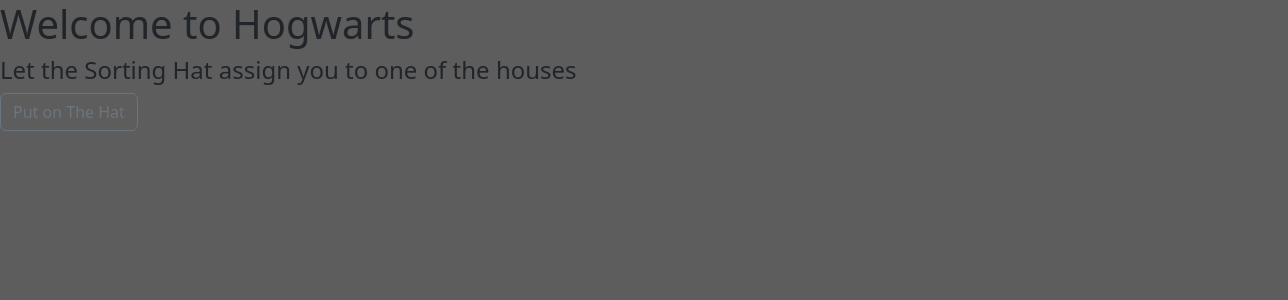
Repository: fernandabenavides618nash/INDIVIDUAL-PROJECT-sorting-hat
Page: index.html
An editor plug-in stored every save of this project. The page is shown before and after the next save, followed by the edit.
The browser window is 1280 px wide. The page is 1280 px wide, then 1288 px, so the pictures cover 1288 px, including what lies to the right of the window. The pictures show the whole page.

Above is the page before, as saved 2023-05-03 14:46:13.
Console error: TypeError: Cannot read properties of null (reading 'addEventListener')

### index.html
<!DOCTYPE html>
<html lang="en">
<head>
  <meta charset="UTF-8">
  <meta http-equiv="X-UA-Compatible" content="IE=edge">
  <meta name="viewport" content="width=device-width, initial-scale=1.0">
  <title>sorting hat</title>
  <link href="https://cdn.jsdelivr.net/npm/bootstrap@5.3.0-alpha3/dist/css/bootstrap.min.css" rel="stylesheet"            integrity="sha384-KK94CHFLLe+nY2dmCWGMq91rCGa5gtU4mk92HdvYe+M/SXH301p5ILy+dN9+nJOZ" crossorigin="anonymous">
  <link rel="stylesheet" href="main.css">
</head>
<body>
  <div class="intro" id="intro-screen"></div>
  <div class="form" id="form-div"></div>
  <div class="students" id="students-div"></div>
  <div class="expelled" id="expelled-div"></div>
  <div class="app" id="app"></div>
  <script src="https://cdn.jsdelivr.net/npm/bootstrap@5.3.0-alpha3/dist/js/bootstrap.bundle.min.js" integrity="sha384-ENjdO4Dr2bkBIFxQpeoTz1HIcje39Wm4jDKdf19U8gI4ddQ3GYNS7NTKfAdVQSZe" crossorigin="anonymous"></script>
  <script src="main.js"></script>
</body>
</html>

### main.css
body{
  background-color:#5d5d5d;
}

.option-buttons-container {
  display: flex;
  flex-wrap: wrap;
  justify-content: center;
  padding: 30px 0;
}

.option-buttons-container label {
  min-width: 120px;
  text-align: center;
  padding: 7px 0;
}

.option-buttons-container select {
  max-width: 461px;
  margin: 0 10px;
}

.column-toggler {
  display: none;
}
.card-containers {
  display: flex;
  flex-wrap: wrap;
}

.card-column {
  width: 50%;
}

.container-heading {
  text-align: center;
}

.card-container {
  display: flex;
  flex-wrap: wrap;
  justify-content: center;
}

.student-card {
  text-align: center;
}
.gryffindor-card {
  background-color: #740001;
  border: 10px solid #ae0001;
  color: #c0c0c0;
}
.gryffindor-card-button {
  background-color: #d3a625;
}

.hufflepuff-card {
  background-color: #ffdb00;
  border: 10px solid #fff4b1;
  color: #000000;
}
.hufflepuff-card-button {
  background-color: #60605c;
  color: #d6d6d6;
}
.ravenclaw-card {
  background-color: #0e1a40;
  border: 10px solid #222f5b;
  color: #c0c0c0;
}
.ravenclaw-card-button {
  background-color: #946b2d;
}

.slytherin-card {
  background-color: #1a472a;
  border: 10px solid #2a623d;
  color: #aaaaaa;
}
.slytherin-card-button {
  background-color: #5d5d5d;
  color: #d6d6d6;
}

.voldey-card {
  background-color: #1a1411;
  border: 10px solid #39689c;
  color: #e7dddd;
}
.voldey-card-button {
  background-color: #740001;
}

@media only screen and (max-width: 600px) {
  .card-column {
    width: 100%;
  }

  .first-years-column-hidden {
    display: none;
  }

  .voldeys-column-hidden {
    display: none;
  }

  .column-toggler {
    display: flex;
    justify-content: center;
    position: sticky;
    top: 0px;
    z-index: 10;
  }
}

### main.js
console.log("here");

// Data

const students = [];
const army = [];

const houses = [
  {
    number: 1,
    name: 'Gryffindor',
    color: 'red',
  },
  {
    number : 2,
    name: 'Hufflepuff',
    color: 'yellow',
  },
  {
    number: 3,
    name: 'Ravenclaw',
    color: 'blue',
  },
  {
    number: 4,
    name: 'Slytherin',
    color: 'green',
  },
];

const voldemort = [
  {
    name: "'Voldemort's Army",
    color:'black',
  }
]

const renderToDom =(divId, htmlToRender) => {
  const selectedDivId = document.querySelector(divId); // a variable that stores the desired div (first parameter)
  selectedDivId.innerHTML = htmlToRender; // applies the .innerHTML property to the variable that stores the desired div and results in the htmlToRender (second parameter)
}

const start = () => {
  const initialScreen = `<div><h1>Welcome to Hogwarts</h1></div><div><h4>Let the Sorting Hat assign you to one of the houses</h4></div><button type="button" class="btn btn-outline-secondary" id='startButton'>Put on The Hat</button>`
  renderToDom ("#intro-screen", initialScreen)
};
start ()

const showFormButton = document.querySelector("#starButton");

showFormButton.addEventListener('click', () => {
  const theForm = sort()
  renderToDom(theForm); //calls the cardsOnDom on the theDogs and this one contains the filtered results
});

const sort = (e) => { // the array parameter can be taco
  let domString = `<form class="row gy-2 gx-3 align-items-center">
    <div class="col-auto">
      <label class="visually-hidden" for="autoSizingInput">Name</label>
      <input type="text" class="form-control" id="autoSizingInput" placeholder="Jane Doe">
    </div>
      <button type="submit" class="btn btn-primary">Sort!</button>
    </div>
  </form>`//and adds the html to render to variable for each pet (or the element of the array 'taco')

  renderToDom("#form-div", domString); // renderToDom is called with the arguments of #app (divId) and domString (htmlToRender)
}

sort('start')

const form = document.querySelector('form'); // targeting the form tag from dom(html)

const createNewStudent = (e) => {
  e.preventDefault(); //gotta ask
  const newStudentCard = {
    name: document.querySelector('#autoSizingInput').value,
    house: Math.floor(Math.random() * 4),
    expel: document.querySelector('#expelId'),
  }
  students.push(newStudentCard);
  cardsOnDom(students);
  form.reset();
}

form.addEventListener('sort', createNewStudent);

const roster = (array) => {
  let domString = `<div class="card w-75">
  <div class="card-body">
    <h5 class="card-title">${students.name}</h5>
    <p class="card-text">${students.house}</p>
    <a href="#" class="btn btn-primary" id="expelId">Expel</a>
  </div>
</div>`
}

After the next save:
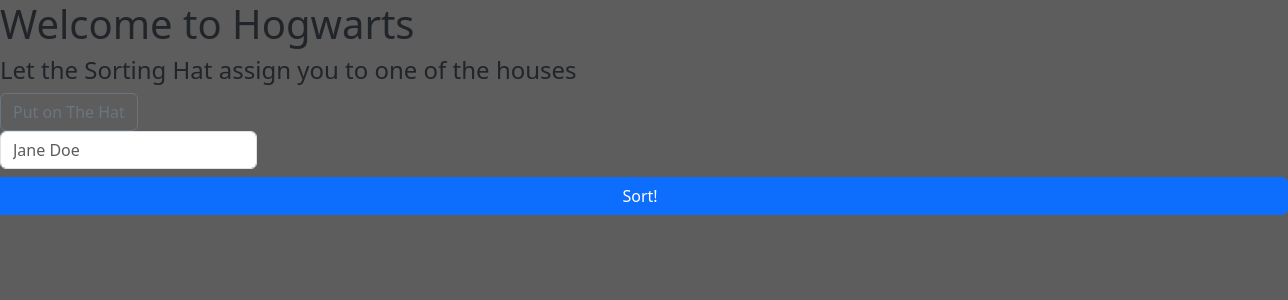
The error is gone.
Saved 7 min 53 s later.
--- a/main.js
+++ b/main.js
@@ -46,14 +46,14 @@
 };
 start ()
 
-const showFormButton = document.querySelector("#starButton");
+const showFormButton = document.querySelector("#startButton");
 
 showFormButton.addEventListener('click', () => {
   const theForm = sort()
-  renderToDom(theForm); //calls the cardsOnDom on the theDogs and this one contains the filtered results
+  renderToDom(theForm);
 });
 
-const sort = (e) => { // the array parameter can be taco
+const sort = (e) => {
   let domString = `<form class="row gy-2 gx-3 align-items-center">
     <div class="col-auto">
       <label class="visually-hidden" for="autoSizingInput">Name</label>
@@ -61,17 +61,16 @@
     </div>
       <button type="submit" class="btn btn-primary">Sort!</button>
     </div>
-  </form>`//and adds the html to render to variable for each pet (or the element of the array 'taco')
-
-  renderToDom("#form-div", domString); // renderToDom is called with the arguments of #app (divId) and domString (htmlToRender)
+  </form>`
+  renderToDom("#form-div", domString);
 }
 
 sort('start')
 
-const form = document.querySelector('form'); // targeting the form tag from dom(html)
+const form = document.querySelector('form');
 
 const createNewStudent = (e) => {
-  e.preventDefault(); //gotta ask
+  e.preventDefault();
   const newStudentCard = {
     name: document.querySelector('#autoSizingInput').value,
     house: Math.floor(Math.random() * 4),
